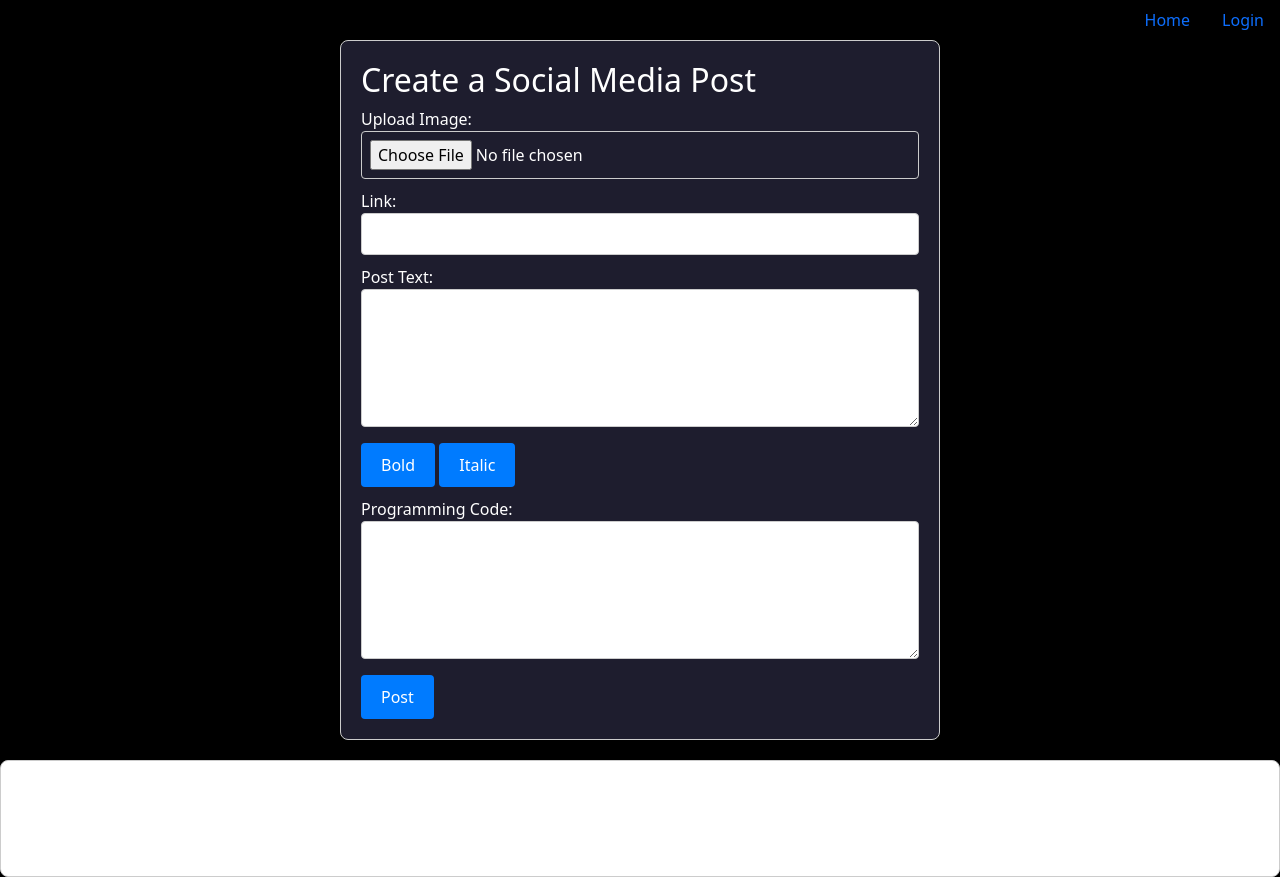
Repository: jaseem1999/sdCommunity
Page: http://localhost/sdCommunity/UserPost.jsp
The author's editor kept a copy of each file at every save. The page is drawn from the files as they stood at one save, then again after the next save.
The browser window is 1280 px wide. The pictures show the whole page.
The page is served by Tomcat 9. Other server files are loaded and not shown.

Above is the page before, as saved 2023-09-29 14:46:37.

### sdCommunity/src/main/webapp/UserPost.jsp
<%@ page language="java" contentType="text/html; charset=ISO-8859-1"
    pageEncoding="ISO-8859-1"%>
<%

Integer id =(Integer)session.getAttribute("uid");
String fname=(String)session.getAttribute("fname");
String lname=(String)session.getAttribute("lname");
String email=(String)session.getAttribute("email");
Integer num=(Integer)session.getAttribute("num");
String company = (String) session.getAttribute("company");
String github = (String) session.getAttribute("github");
String linkedin = (String) session.getAttribute("linkedin");
String website = (String) session.getAttribute("website");
String nation = (String) session.getAttribute("nation");
String gender = (String) session.getAttribute("gender");
String about = (String) session.getAttribute("about");
String college = (String) session.getAttribute("college");
String position = (String) session.getAttribute("position");

%>

<!DOCTYPE html>
<html lang="en">
<head>
<meta charset="UTF-8">
<link href="https://cdn.jsdelivr.net/npm/bootstrap@5.2.3/dist/css/bootstrap.min.css" rel="stylesheet" integrity="sha384-rbsA2VBKQhggwzxH7pPCaAqO46MgnOM80zW1RWuH61DGLwZJEdK2Kadq2F9CUG65" crossorigin="anonymous">
<script src="https://cdn.jsdelivr.net/npm/bootstrap@5.2.3/dist/js/bootstrap.bundle.min.js" integrity="sha384-kenU1KFdBIe4zVF0s0G1M5b4hcpxyD9F7jL+jjXkk+Q2h455rYXK/7HAuoJl+0I4" crossorigin="anonymous"></script>
<title>Post</title>
<style>
	.fistPartOfProfileMain{
			background: white;
		border: 3px solid white;
	}
	.fistPartOfProfile{
		background-image: url("./signupcss/img/social-network.png");
	    background-repeat: no-repeat;
	    background-position: center;
	    background-size: cover;
	    height: 250px;
	}


    .post-form {
        max-width: 600px;
        margin: auto;
        padding: 20px;
        background-color: #8785d238;
        border: 1px solid #ccc;
        border-radius: 8px;
        box-shadow: 0 2px 4px rgba(0,0,0,0.1);
    }
    input, textarea, select {
        width: 100%;
        padding: 8px;
        margin-bottom: 10px;
        border: 1px solid #ccc;
        border-radius: 4px;
        box-sizing: border-box;
    }
    button {
        padding: 10px 20px;
        background-color: #007bff;
        color: #fff;
        border: none;
        border-radius: 4px;
        cursor: pointer;
    }
    button:hover {
        background-color: #0056b3;
    }
    .format-options {
        margin-bottom: 10px;
    }
    .post-display {
        margin-top: 20px;
        border: 1px solid #ccc;
        padding: 10px;
        background-color: #fff;
        border-radius: 8px;
    }
</style>
</head>
<body style="background-color: black; color: white;">
<div class="modal fade" id="exampleModal" tabindex="-1" aria-labelledby="exampleModalLabel" aria-hidden="true">
		  <div class="modal-dialog" style="color: black;">
		    <div class="modal-content">
		      <div class="modal-header">
		        <h1 class="modal-title fs-5" id="exampleModalLabel">Modal title</h1>
		        <button type="button" class="btn-close" data-bs-dismiss="modal" aria-label="Close"></button>
		      </div>
		      <form action="settingsAccess" method="post">
		      <div class="modal-body">
		        <div class="mb-3">
    				<label for="exampleInputPassword1" class="form-label">Password</label>
    				<input type="password" class="form-control" id="exampleInputPassword1" name="exampleInputPassword1">
  				</div>
		      </div>
		      <div class="modal-footer">
		        <button type="button" class="btn btn-secondary" data-bs-dismiss="modal">Close</button>
		         <input type="submit" class="btn btn-primary" value="OK">
		      </div>
		      </form>
		    </div>
		  </div>
		</div>

	<ul class="nav justify-content-end ">
		<li class="nav-item">
		    	<a class='nav-link' href='UserHome.jsp'>Home</a>
		  </li>
		  <li class="nav-item">
		    <%
		  	if (email != null){
		  		out.print("<a class='nav-link' href=''>Post</a>");
		  	}else{
		  		out.print("");
		  	}
		  %>
		  </li>
		  <li class="nav-item">
		    <%
		  	if (email != null){
		  		out.print("<a class='nav-link' href=''>Followers</a>");
		  	}else{
		  		out.print("");
		  	}
		  %>
		  </li>
		  <li class="nav-item">
		    <%
		  	if (email != null){
		  		out.print("<a class='nav-link' href=''>Chat</a>");
		  	}else{
		  		out.print("");
		  	}
		  %>
		  </li>

		  <li class="nav-item">
		   <%
		  	if (email != null){
		  		out.print("<a class='nav-link' data-bs-toggle='modal' data-bs-target='#exampleModal'>Settings</a>");
		  	}else{
		  		out.print("");
		  	}
		  %>
		  </li>
		  <li class="nav-item">
		  <%
		  	if (email != null){
		  		if (company != null){
		  			out.print("<a class='nav-link' href='viewProfile.jsp'>Profile</a>");
		  		}
		  		else{
		  			out.print("<a class='nav-link' href='profile.jsp'>Profile</a>");
		  		}

		  	}else{
		  		out.print("<a class='nav-link' href='Login.jsp'>Login</a>");
		  	}
		  %>
		  </li>

		  <li class="nav-item">
		    <%
		  	if (email != null){
		  		out.print("<a class='nav-link' href='logout.jsp'>Logout</a>");
		  	}else{
		  		out.print("");
		  	}
		  %>
		  </li>
		  <li class="nav-item">
		  <%
		  	if (email != null){
		  		if (company != null){
		  			out.print("<a class='nav-link' href='viewProfile.jsp'><img alt='' src='image?id="+id+"' style=' width: 35px; border-radius: 50%; height: 35px;border: 1px solid white;'/></a>");
		  		}
		  		else{
		  			out.print("<a class='nav-link' href='viewProfile.jsp'><img alt='' src='./homecss/img/User-Profile.png'style=' width: 35px; border-radius: 50%; height: 35px;border: 1px solid white;'/></a>");
		  		}
		  	}else{
		  		out.print("");
		  	}
		  %>
		  </li>
	</ul>

    <div class="post-form">
        <h2>Create a Social Media Post</h2>
        <form>
            <label for="image">Upload Image:</label>
            <input type="file" id="image" name="image" accept="image/*"><br>

            <label for="link">Link:</label>
            <input type="url" id="link" name="link"><br>

            <label for="text">Post Text:</label>
            <textarea id="text" name="text" rows="5"></textarea><br>

            <div class="format-options">
                <button type="button" onclick="makeBold()">Bold</button>
                <button type="button" onclick="makeItalic()">Italic</button>
            </div>

            <label for="code">Programming Code:</label>
            <textarea id="code" name="code" rows="5"></textarea><br>

            <button type="submit">Post</button>
        </form>
    </div>

    <div class="post-display" id="postDisplay">
        <h2>Posted Content</h2>
        <div id="displayContent">
        	<p id=textShow></p>
        	<a href="" id="showLink"></a>
        	<img alt="" src="" id="imgShow">
        	<pre id="showCode"></pre>
        </div>
    </div>

    <script>
        function makeBold() {
            var textarea = document.getElementById('text');
            var selectedText = textarea.value.substring(textarea.selectionStart, textarea.selectionEnd);
            var beforeText = textarea.value.substring(0, textarea.selectionStart);
            var afterText = textarea.value.substring(textarea.selectionEnd);
            textarea.value = beforeText + '<b>' + selectedText + '</b>' + afterText;
        }

        function makeItalic() {
            var textarea = document.getElementById('text');
            var selectedText = textarea.value.substring(textarea.selectionStart, textarea.selectionEnd);
            var beforeText = textarea.value.substring(0, textarea.selectionStart);
            var afterText = textarea.value.substring(textarea.selectionEnd);
            textarea.value = beforeText + '<i>' + selectedText + '</i>' + afterText;
        }

        document.querySelector('form').addEventListener('submit', function(e) {
            e.preventDefault();

            // Get form values
            var image = document.getElementById('image').value;
            var link = document.getElementById('link').value;
            var text = document.getElementById('text').value;
            var code = document.getElementById('code').value;
            var codeLength = code.length;
            console.log("The length of the code is:", codeLength);

            // Display the content

            if (image) {

            }
            if (link) {
            	document.getElementById("showLink").href = link;
            }
            if (text) {
            	 document.getElementById("textShow").innerHTML = text;
            }
            if (code) {
            	document.getElementById("showCode").textContent = code;
            }

            // Scroll to the display section
            document.getElementById('postDisplay').scrollIntoView({ behavior: 'smooth' });
        });
    </script>
</body>
</html>

After the next save:
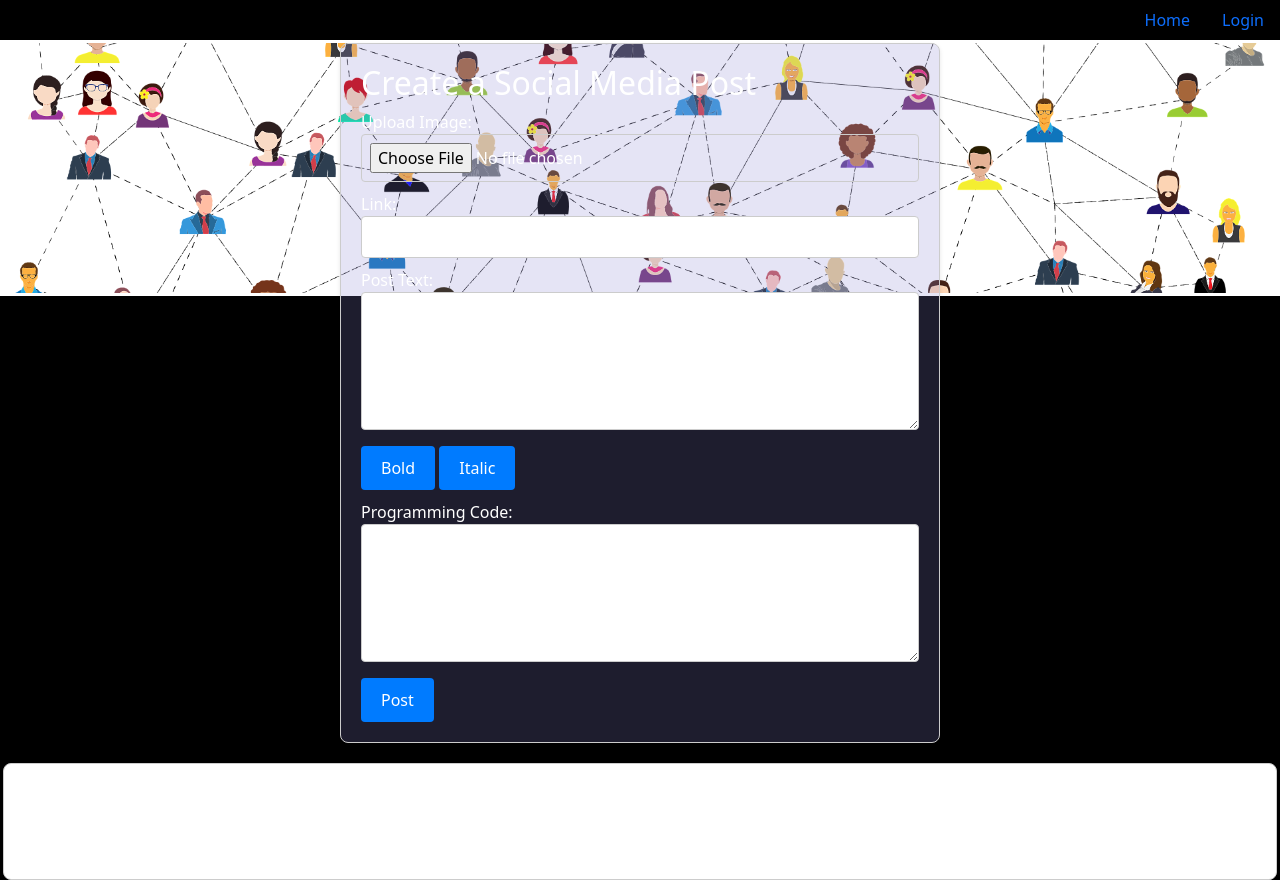
Saved 93 s later.
--- a/sdCommunity/src/main/webapp/UserPost.jsp
+++ b/sdCommunity/src/main/webapp/UserPost.jsp
@@ -185,6 +185,8 @@
 		  %>
 		  </li>
 	</ul>
+	<div class="fistPartOfProfileMain">
+	<div class="fistPartOfProfile">
 
     <div class="post-form">
         <h2>Create a Social Media Post</h2>
@@ -219,6 +221,8 @@
         	<pre id="showCode"></pre>
         </div>
     </div>
+    </div>
+    </div>
 
     <script>
         function makeBold() {

After the save that followed:
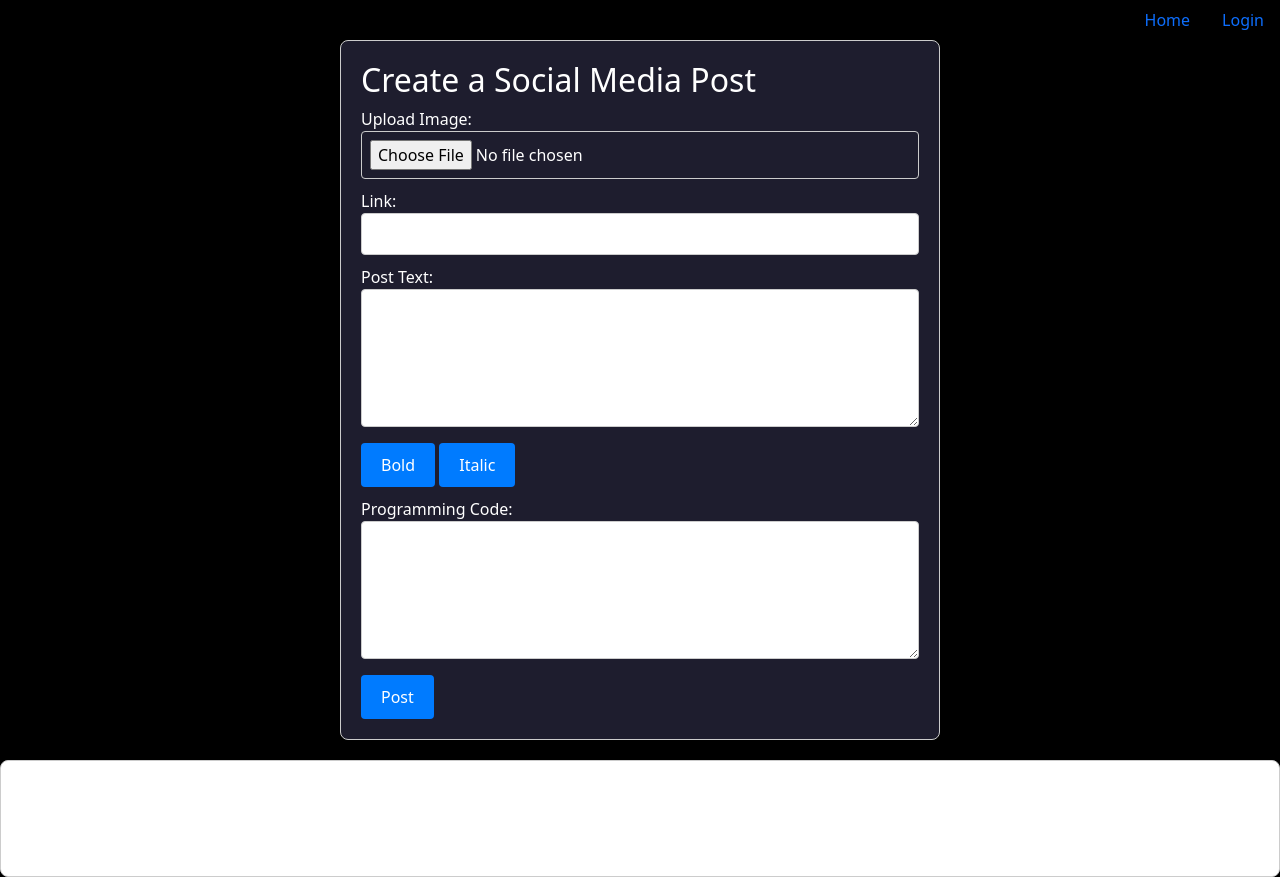
Saved 51 s later.
--- a/sdCommunity/src/main/webapp/UserPost.jsp
+++ b/sdCommunity/src/main/webapp/UserPost.jsp
@@ -27,18 +27,6 @@
 <script src="https://cdn.jsdelivr.net/npm/bootstrap@5.2.3/dist/js/bootstrap.bundle.min.js" integrity="sha384-kenU1KFdBIe4zVF0s0G1M5b4hcpxyD9F7jL+jjXkk+Q2h455rYXK/7HAuoJl+0I4" crossorigin="anonymous"></script>
 <title>Post</title>
 <style>
-	.fistPartOfProfileMain{
-			background: white;
-		border: 3px solid white;
-	}
-	.fistPartOfProfile{
-		background-image: url("./signupcss/img/social-network.png");
-	    background-repeat: no-repeat;
-	    background-position: center;
-	    background-size: cover;
-	    height: 250px;
-	}
-
 
     .post-form {
         max-width: 600px;
@@ -185,8 +173,7 @@
 		  %>
 		  </li>
 	</ul>
-	<div class="fistPartOfProfileMain">
-	<div class="fistPartOfProfile">
+
 
     <div class="post-form">
         <h2>Create a Social Media Post</h2>
@@ -221,8 +208,6 @@
         	<pre id="showCode"></pre>
         </div>
     </div>
-    </div>
-    </div>
 
     <script>
         function makeBold() {
